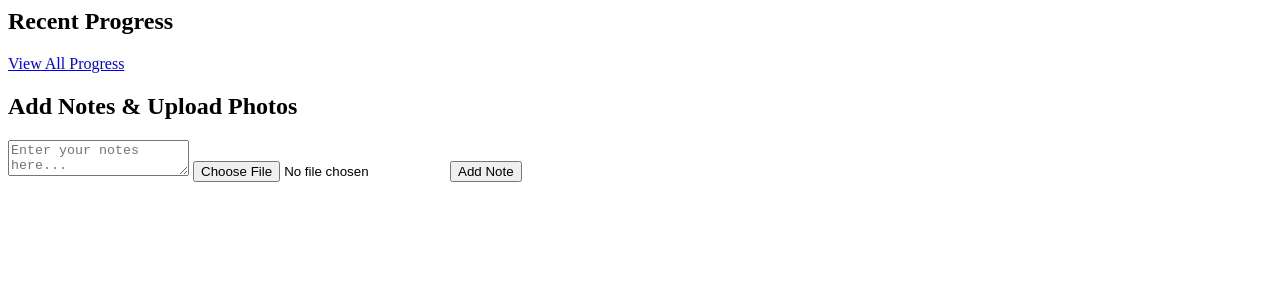
Repository: info340-sp24a/project-group7
Page: Diaries/recent.html
The author's editor kept a copy of each file at every save. The page is drawn from the files as they stood at one save, then again after the next save.
The browser window is 1280 px wide. The pictures show the whole page.

Above is the page before, as saved 2024-04-19 17:31:24.

### Diaries/recent.html
<!-- Main content area -->
<div class="main-content">
    <!-- Recent progress section -->
    <section class="recent-progress">
        <h2>Recent Progress</h2>
        <div class="progress-entries">
            <!-- Recent progress entries will be dynamically added here -->
        </div>
        <a href="progress.html">View All Progress</a>
    </section>

    <!-- Side box for notes and photo upload -->
    <aside class="side-box">
        <h2>Add Notes & Upload Photos</h2>
        <!-- Form for adding notes and uploading photos -->
        <form>
            <textarea id="noteTextArea" placeholder="Enter your notes here..."></textarea>
            <input type="file" accept="image/*">
            <button type="submit">Add Note</button>
        </form>
    </aside>
</div>

After the next save:
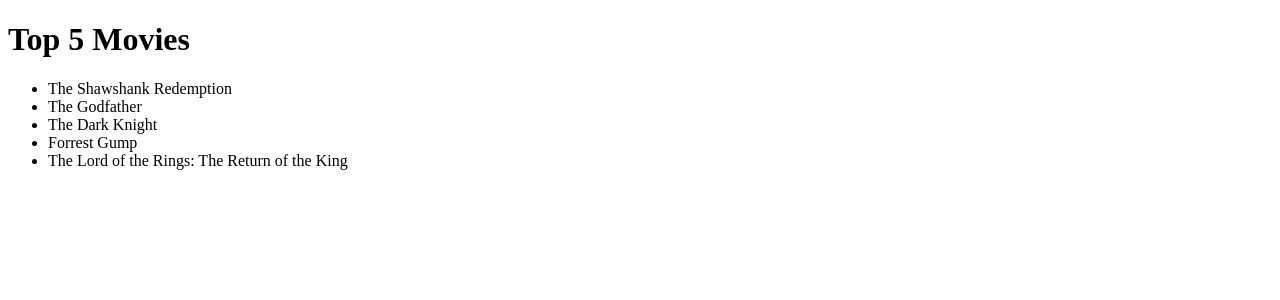
Saved 2 min 25 s later.
--- a/Diaries/recent.html
+++ b/Diaries/recent.html
@@ -1,22 +1,18 @@
-<!-- Main content area -->
-<div class="main-content">
-    <!-- Recent progress section -->
-    <section class="recent-progress">
-        <h2>Recent Progress</h2>
-        <div class="progress-entries">
-            <!-- Recent progress entries will be dynamically added here -->
-        </div>
-        <a href="progress.html">View All Progress</a>
-    </section>
-
-    <!-- Side box for notes and photo upload -->
-    <aside class="side-box">
-        <h2>Add Notes & Upload Photos</h2>
-        <!-- Form for adding notes and uploading photos -->
-        <form>
-            <textarea id="noteTextArea" placeholder="Enter your notes here..."></textarea>
-            <input type="file" accept="image/*">
-            <button type="submit">Add Note</button>
-        </form>
-    </aside>
-</div>
+<!DOCTYPE html>
+<html lang="en">
+<head>
+    <meta charset="UTF-8">
+    <meta name="viewport" content="width=device-width, initial-scale=1.0">
+    <title>Top 5 Movies</title>
+</head>
+<body>
+    <h1>Top 5 Movies</h1>
+    <ul>
+        <li>The Shawshank Redemption</li>
+        <li>The Godfather</li>
+        <li>The Dark Knight</li>
+        <li>Forrest Gump</li>
+        <li>The Lord of the Rings: The Return of the King</li>
+    </ul>
+</body>
+</html>
